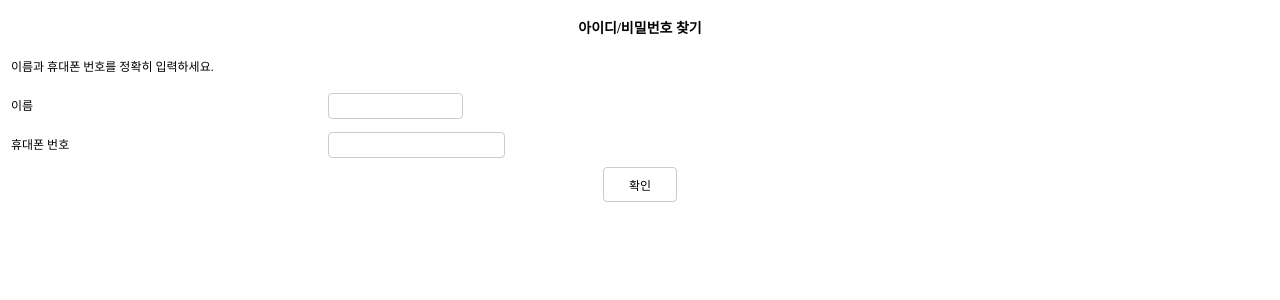
Repository: ekgus419/hckj
Page: http://localhost/Railro/findMyIdPwd.jsp
The author's editor kept a copy of each file at every save. The page is drawn from the files as they stood at one save, then again after the next save.
The browser window is 1280 px wide. The pictures show the whole page.
The page is served by Tomcat 9. Nobody is signed in. The application's start-up code is not run.

Above is the page before, as saved 2016-08-20 05:18:24.

After the next save:
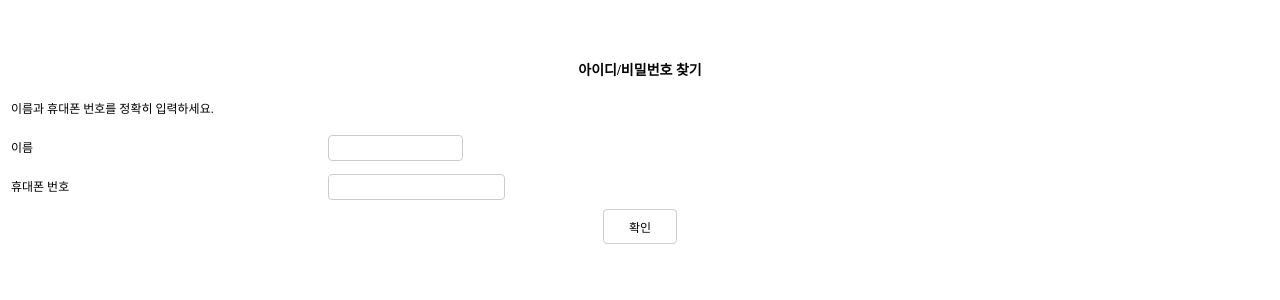
Saved 50 s later.
--- a/Railro/src/main/webapp/findMyIdPwd.jsp
+++ b/Railro/src/main/webapp/findMyIdPwd.jsp
@@ -26,12 +26,9 @@ function formSubmit(){
 }
 </script>
 <style>
-form{
-	margin: 0 auto;
-}
-
 table{
 	font-size: 12px;
+	margin: 50px auto;
 }
 
 th{
